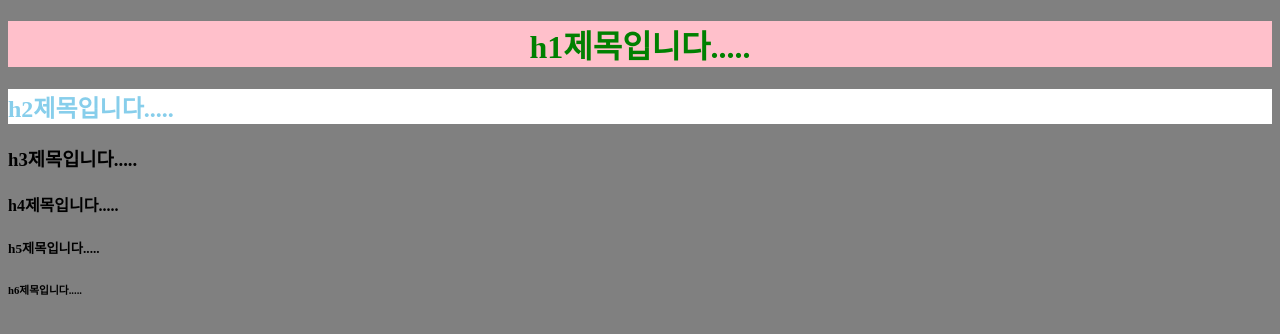
Repository: odasd/Ark-html
Page: 20200406/ex20200406/WebContent/ex01.html
The author's editor kept a copy of each file at every save. The page is drawn from the files as they stood at one save, then again after the next save.
The browser window is 1280 px wide. The pictures show the whole page.

Above is the page before, as saved 2020-04-06 00:42:28.

### 20200406/ex20200406/WebContent/ex01.html
<!DOCTYPE html>
<html>
<head>
	<meta charset="UTF-8">
	<title>연습1</title>
	<style>h1 {color:green; background:pink; text-align:center;}</style>
	<style>h2 {color:skyblue; background:white; text+align:reft;"}</style>
	<style>body {background:gray;}</style>
</head>
<body>
<!-- 주석이렇게 준다 기억하자 -->
	<h1>h1제목입니다.....</h1>
	<h2>h2제목입니다.....</h2>
	<h3>h3제목입니다.....</h3>
	<h4>h4제목입니다.....</h4>
	<h5>h5제목입니다.....</h5>
	<h6>h6제목입니다.....</h6>
</body>
</html>

After the next save:
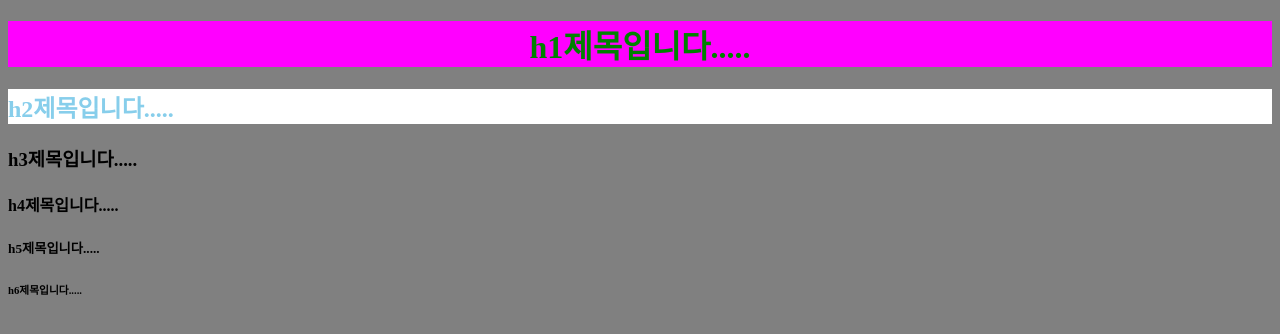
Saved 23 s later.
--- a/20200406/ex20200406/WebContent/ex01.html
+++ b/20200406/ex20200406/WebContent/ex01.html
@@ -3,7 +3,7 @@
 <head>
 	<meta charset="UTF-8">
 	<title>연습1</title>
-	<style>h1 {color:green; background:pink; text-align:center;}</style>
+	<style>h1 {color:green; background:magenta; text-align:center;}</style>
 	<style>h2 {color:skyblue; background:white; text+align:reft;"}</style>
 	<style>body {background:gray;}</style>
 </head>

After the save that followed:
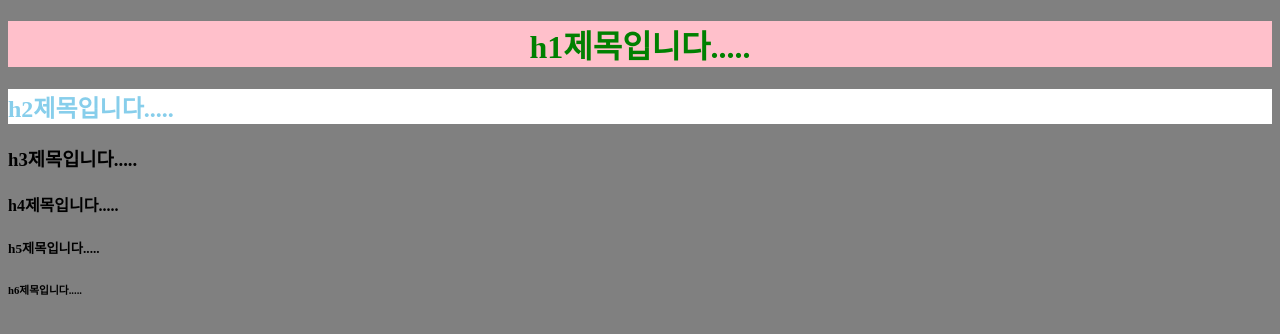
Saved 9 s later.
--- a/20200406/ex20200406/WebContent/ex01.html
+++ b/20200406/ex20200406/WebContent/ex01.html
@@ -3,7 +3,7 @@
 <head>
 	<meta charset="UTF-8">
 	<title>연습1</title>
-	<style>h1 {color:green; background:magenta; text-align:center;}</style>
+	<style>h1 {color:green; background:pink; text-align:center;}</style>
 	<style>h2 {color:skyblue; background:white; text+align:reft;"}</style>
 	<style>body {background:gray;}</style>
 </head>
